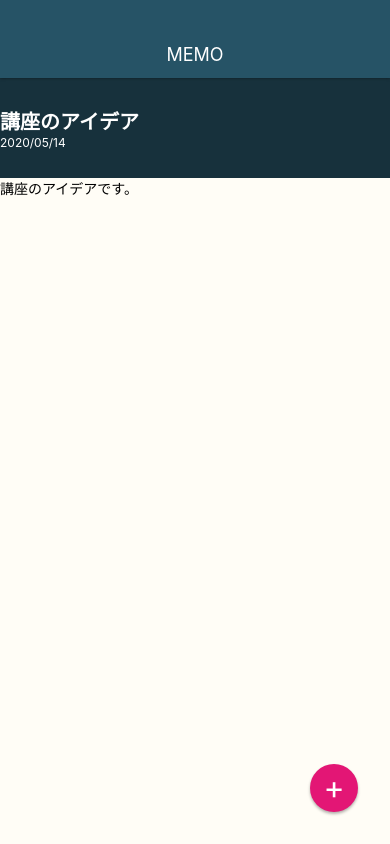
Repository: NagataRyuji0630/memo_app_for_reactNative
Page: /
The author's editor kept a copy of each file at every save. The page is drawn from the files as they stood at one save, then again after the next save.
The browser window is 390 px wide. The pictures show the whole page.
The app was drawn by React Native's web renderer in a window 390 px wide. The project was rebuilt for these pictures with package versions that can differ from the ones it lists, and the page was loaded fresh each time. Also part of the build but not shown: src/components/MemoList.jsx, src/screens/MemoListScreen.jsx.

Above is the page before, as saved 2020-05-14 10:04:36.

### App.js
import React from 'react';
import { StyleSheet, View } from 'react-native';
import AppBar from './src/components/AppBar';
import MemoListScreen from './src/screens/MemoListScreen'
import MemoDtailScreen from './src/screens/MemoDetailScreen';


export default class App extends React.Component {
  render() {
    return (
      <View style={styles.container}>
        <AppBar />
        <MemoDtailScreen />
      </View>
    );
  }
}

const styles = StyleSheet.create({
  container: {
    flex: 1,
    backgroundColor: '#FFFDF6',
    alignItems: 'center',
    justifyContent: 'center',
    paddingTop: 78,
  },
});

### src/components/AppBar.jsx
import React from 'react';
import { Component } from 'react';
import { StyleSheet, View, Text } from 'react-native';

const styles = StyleSheet.create({
    appbar: {
        position: 'absolute',
        top: 0,
        left: 0,
        right: 0,
        height: 78,
        paddingTop: 30,
        backgroundColor: '#265366',
        justifyContent: 'center',
        alignItems: 'center',
        shadowColor: '#000',
        shadowOffset: { width: 0, height: 0 },
        shadowOpacity: 0.5,
        shadowRadius: 3,
        zIndex: 10,
    },
    appbarTitle: {
        color: '#fff',
        fontSize: 18,
    },
});

class AppBar extends Component {
    render() {
        return (
            <View style={styles.appbar}>
                <View>
                    <Text style={styles.appbarTitle}>MEMO</Text>
                </View>
            </View>
        );
    }
}

export default AppBar;

### src/screens/MemoDetailScreen.jsx
import React from 'react';
import { Component } from 'react';
import { StyleSheet, View, Text } from 'react-native';
import CircleBtn from '../elements/CircleBtn';

const styles = StyleSheet.create({
    containar: {
        flex: 1,
        width: '100%',
    },
    memoHeader: {
        height: 100,
        backgroundColor: '#17313C',
        justifyContent: 'center',
    },
    memoHeaderTitle: {
        fontSize: 20,
        fontWeight: 'bold',
        color: 'white',
    },
    memoHeaderDate: {
        fontSize: 12,
        color: 'white',
    },
    memoContent: {},
});

class MemoDetailScreen extends Component {
    render() {
        return (
            <View style={styles.containar}>
                <View style={styles.memoHeader}>
                    <View>
                        <Text style={styles.memoHeaderTitle}>講座のアイデア</Text>
                        <Text style={styles.memoHeaderDate}>2020/05/14</Text>
                    </View>
                </View>

                <View style={styles.memoContent}>
                    <Text>講座のアイデアです。</Text>
                </View>

                <CircleBtn>+</CircleBtn>
            </View>
        );
    }
}

export default MemoDetailScreen;

### src/elements/CircleBtn.jsx
import React from 'react';
import { Component } from 'react';
import { StyleSheet, View, Text } from 'react-native';

const styles = StyleSheet.create({
    circleBtn: {
        position: 'absolute',
        bottom: 32,
        right: 32,
        width: 48,
        height: 48,
        backgroundColor: '#E31675',
        borderRadius: 24,
        justifyContent: 'center',
        alignItems: 'center',
        shadowColor: '#000',
        shadowOffset: { width: 0, height: 2 },
        shadowOpacity: 0.3,
        shadowRadius: 3,
    },
    circleBtnTitle: {
        fontSize: 32,
        lineHeight: 32,
        color: 'white',
    }
});

class CircleBtn extends Component {
    render() {
        return (
            <View style={styles.circleBtn}>
                <Text style={styles.circleBtnTitle}>{this.props.children}</Text>
            </View>
        );
    }
}

export default CircleBtn;

After the next save:
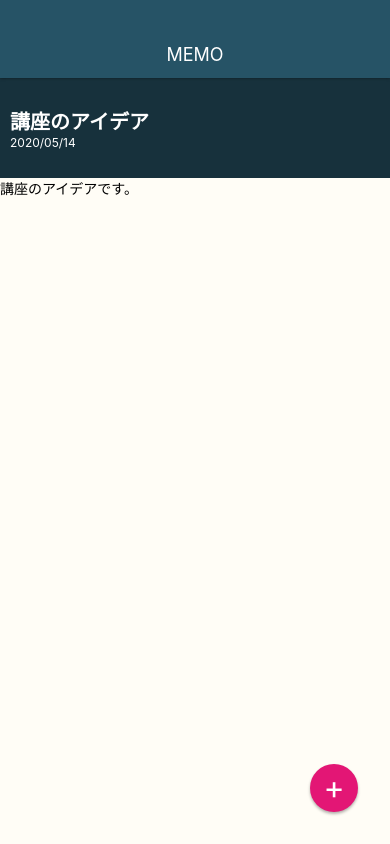
Saved 28 s later.
--- a/src/screens/MemoDetailScreen.jsx
+++ b/src/screens/MemoDetailScreen.jsx
@@ -10,6 +10,7 @@ const styles = StyleSheet.create({
     },
     memoHeader: {
         height: 100,
+        paddingLeft:10,
         backgroundColor: '#17313C',
         justifyContent: 'center',
     },
